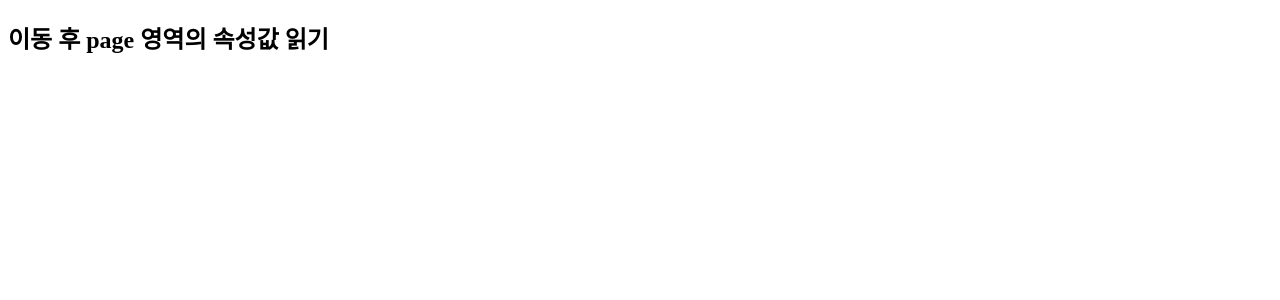
Repository: Park-Dongheon/Servlet-JSP_Training
Page: http://localhost/MustHaveJSP/03Scope/PageLocation.jsp
An editor plug-in stored every save of this project. The page is shown before and after the next save, followed by the edit.
The browser window is 1280 px wide. The pictures show the whole page.
The page is served by Tomcat 10. Other server files are loaded and not shown.

Above is the page before, as saved 2024-06-11 01:20:48.

### MustHaveJSP/src/main/webapp/03Scope/PageLocation.jsp
<%@ page import="common.Person" %>
<%@ page language="java" contentType="text/html; charset=UTF-8"
    pageEncoding="UTF-8"%>
<!DOCTYPE html>
<html>
<head>
<meta charset="UTF-8">
<title>page 영역</title>
</head>
<body>
	<h2>이동 후 page 영역의 속성값 읽기</h2>
	<%
	Object pInteger = pageContext.getAttribute("pageInteger");		// 속성 읽기
	Object pString = pageContext.getAttribute("pageString");		// 속성 읽기
	Object pPerson = pageContext.getAttribute("pagePerson");		// 속성 읽기
	%>
</body>
</html>

After the next save:
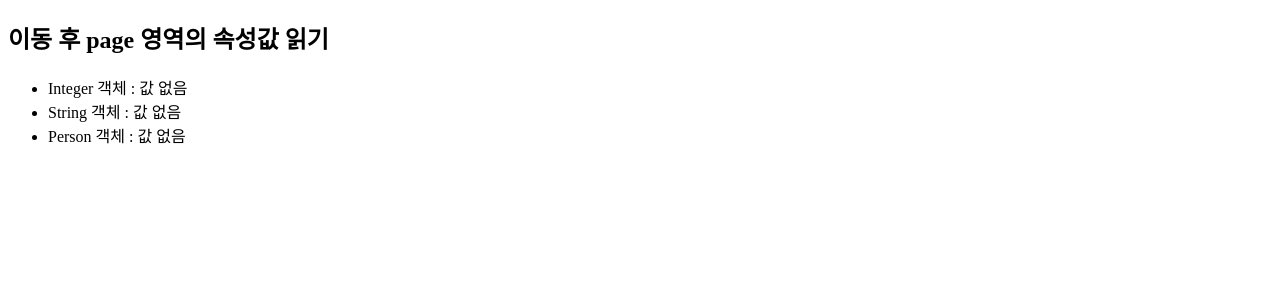
Saved 91 s later.
--- a/MustHaveJSP/src/main/webapp/03Scope/PageLocation.jsp
+++ b/MustHaveJSP/src/main/webapp/03Scope/PageLocation.jsp
@@ -14,5 +14,10 @@
 	Object pString = pageContext.getAttribute("pageString");		// 속성 읽기
 	Object pPerson = pageContext.getAttribute("pagePerson");		// 속성 읽기
 	%>
+	<ul>
+		<li>Integer 객체 : <%= (pInteger == null) ? "값 없음" : pInteger %></li>
+		<li>String 객체 : <%= (pString == null) ? "값 없음" : pString %></li>
+		<li>Person 객체 : <%= (pPerson == null) ? "값 없음" : ((Person)pPerson).getName() %></li>
+	</ul>
 </body>
 </html>
